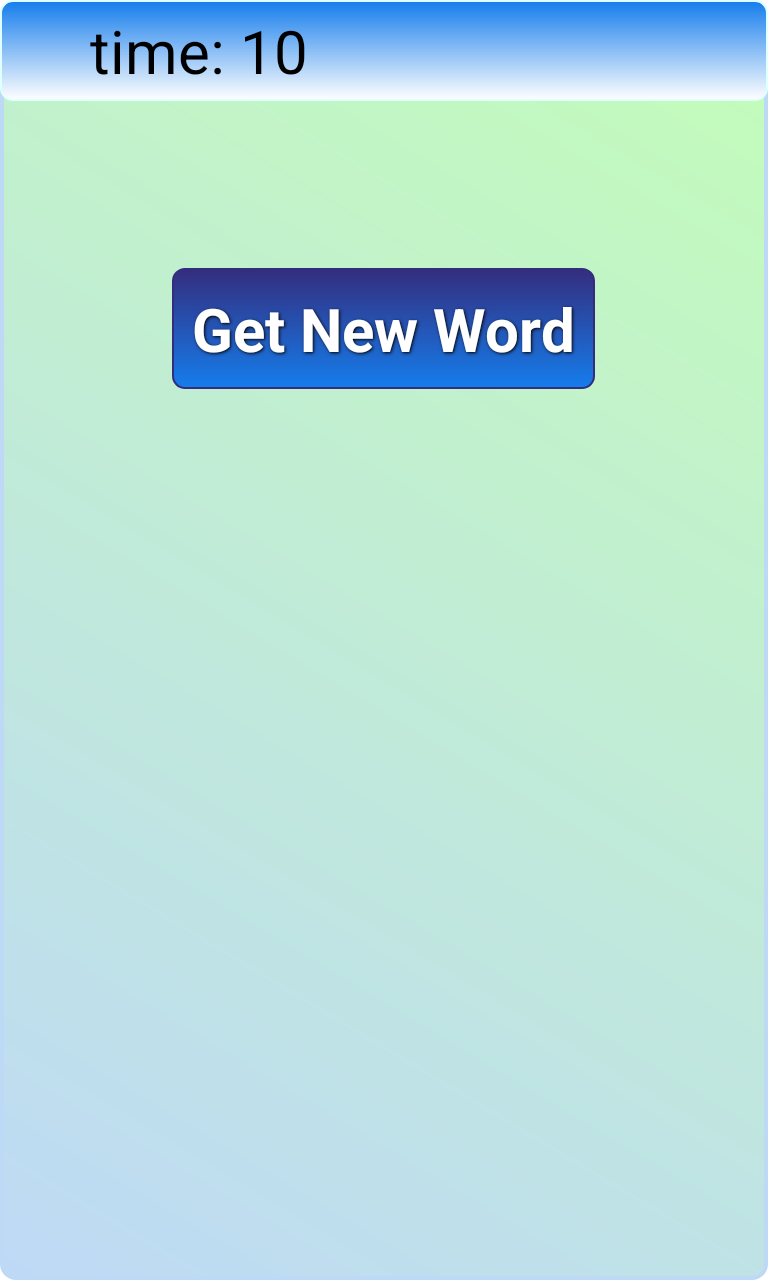
Repository: tvergilio/android
Layout: GoogleItDb/res/layout/activity_main.xml
These files come from the project's save history. The layout is drawn as it stood at one moment and after the next save; the edit follows.
It is drawn on a 768 x 1280 px phone screen (xhdpi) without system bars, with theme AppTheme; the app's code is not run. Lists and similar views that code fills are empty.

Above is the layout before, as saved 2014-02-15 23:50:24.

After the next save:
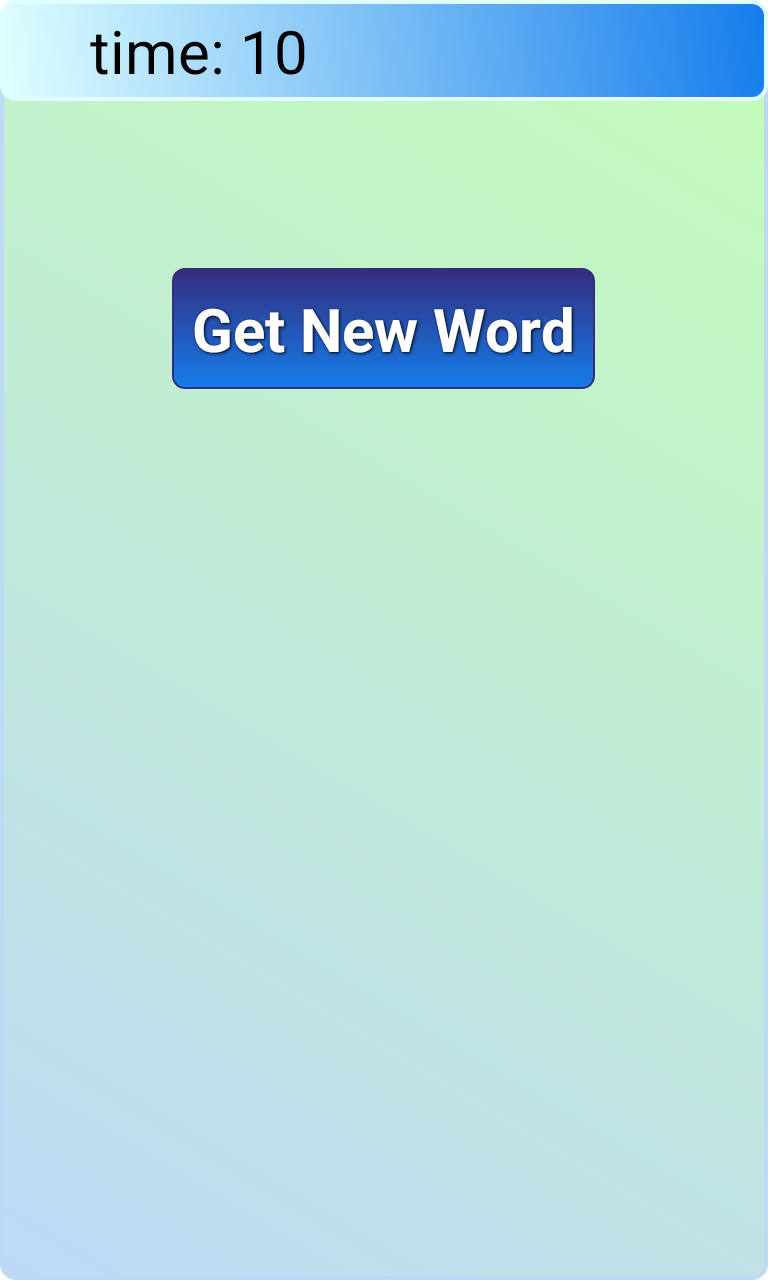
Saved 2 min 30 s later.
--- a/GoogleItDb/res/drawable-hdpi/rectangle_blue.xml
+++ b/GoogleItDb/res/drawable-hdpi/rectangle_blue.xml
@@ -1,11 +1,11 @@
 <?xml version="1.0" encoding="utf-8"?>
 <shape xmlns:android="http://schemas.android.com/apk/res/android"
          android:shape="rectangle">
-     <stroke android:width="1dp" android:color="@color/light_cyan" />
-     <gradient android:startColor="@color/blue_dress" android:endColor="@color/white"
-            android:angle="270"/>
+     <stroke android:width="2dp" android:color="@color/light_cyan" />
+     <gradient android:startColor="@color/blue_dress" android:endColor="@color/light_cyan"
+            android:angle="225"/>
 
-    <corners android:bottomRightRadius="6dp" android:bottomLeftRadius="6dp"
-     android:topLeftRadius="6dp" android:topRightRadius="6dp"/>
+    <corners android:bottomRightRadius="7dp" android:bottomLeftRadius="7dp"
+     android:topLeftRadius="7dp" android:topRightRadius="7dp"/>
 
 </shape>
